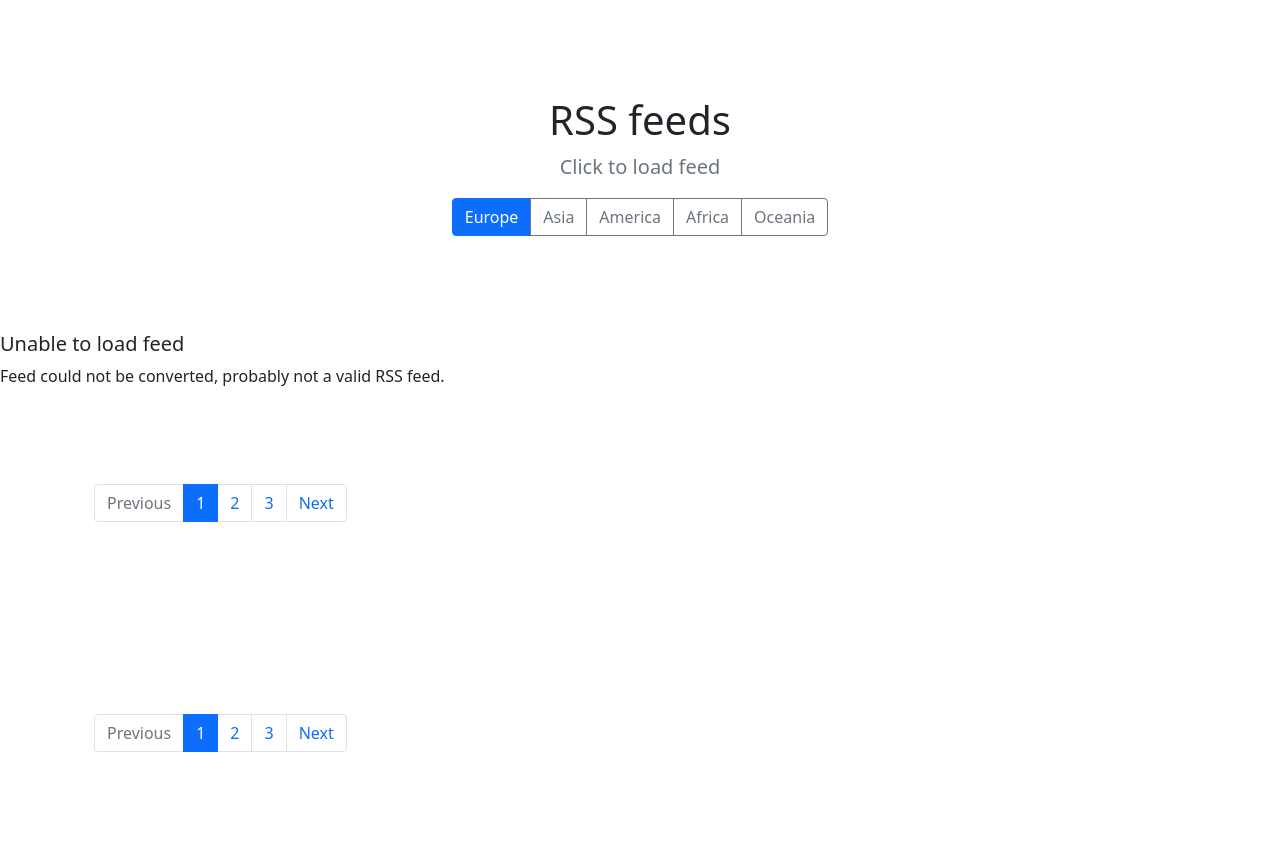
Repository: lilit1121/Templating-DOM-manipulation-and-data-processing
Page: europe.html
These files come from the project's save history. The page is drawn as it stood at one moment and after the next save; the edit follows.
The browser window is 1280 px wide. The pictures show the whole page.
The page's requests for data from a server got no answer.

Above is the page before, as saved 2023-02-09 16:03:06.

### europe.html
<!DOCTYPE html>
<html lang="en">
   <head>
    <meta charset="UTF-8" />
    <meta http-equiv="X-UA-Compatible" content="IE=edge" />
    <meta name="viewport" content="width=device-width, initial-scale=1.0" />
    <link rel="stylesheet" href="styles.css" />
    <link
      href="https://cdn.jsdelivr.net/npm/bootstrap@5.0.2/dist/css/bootstrap.min.css"
      rel="stylesheet"
      integrity="sha384-EVSTQN3/azprG1Anm3QDgpJLIm9Nao0Yz1ztcQTwFspd3yD65VohhpuuCOmLASjC"
      crossorigin="anonymous"
    />
    <script
      src="https://cdn.jsdelivr.net/npm/bootstrap@5.0.2/dist/js/bootstrap.bundle.min.js"
      integrity="sha384-MrcW6ZMFYlzcLA8Nl+NtUVF0sA7MsXsP1UyJoMp4YLEuNSfAP+JcXn/tWtIaxVXM"
      crossorigin="anonymous"
    ></script>
    <title>Templating, DOM manipulation and data processing</title>
  </head>
  <body>
    <section class="py-5 text-center container">
      <div class="row py-lg-5">
        <div class="col-lg-6 col-md-8 mx-auto">
          <h1 class="fw-light">RSS feeds</h1>
          <p class="lead text-muted">Click to load feed</p>
          <div class="btn-group">
            <a href="./europe.html#" class="btn btn-primary">Europe</a>
            <a href="./asia.html#" class="btn btn-outline-secondary">Asia</a>
            <a href="./americas.html#" class="btn btn-outline-secondary"
              >America</a
            >
            <a href="./africa.html#" class="btn btn-outline-secondary"
              >Africa</a
            >
            <a href="./oceania.html#" class="btn btn-outline-secondary"
              >Oceania</a
            >
          </div>
        </div>
      </div>
    </section>


    <!-- Loading state UI -->
    <div id="loadding" class="visually-hidden">
      <svg
      xmlns="http://www.w3.org/2000/svg"
      xmlns:xlink="http://www.w3.org/1999/xlink"
      style="margin: auto; background: #fff; display: block"
      width="200px"
      height="200px"
      viewBox="0 0 100 100"
      preserveAspectRatio="xMidYMid"
    >
      <circle
        cx="50"
        cy="50"
        r="32"
        stroke-width="8"
        stroke="#416cff"
        stroke-dasharray="50.26548245743669 50.26548245743669"
        fill="none"
        stroke-linecap="round"
      >
        <animateTransform
          attributeName="transform"
          type="rotate"
          repeatCount="indefinite"
          dur="1s"
          keyTimes="0;1"
          values="0 50 50;360 50 50"
        ></animateTransform>
      </circle>
    </svg>
  </div>

    <!-- Error state UI -->
    <div id="error" class="visually-hidden">
      <h5>Unable to load feed</h5>
      <!-- Show error message, if applicable -->
      Feed could not be converted, probably not a valid RSS feed.<br />
    </div>
    <!-- Pagination -->
    <div  id="main_container" class="container">
    <section class="py-5 text-center container">
      <div class="row py-lg-5">
        <nav>
          <ul class="pagination">
            <li class="page-item disabled">
              <a class="page-link">Previous</a>
            </li>
            <li class="page-item active">
              <a class="page-link" href="#">1</a>
            </li>
            <li class="page-item">
              <a class="page-link" href="#">2</a>
            </li>
            <li class="page-item"><a class="page-link" href="#">3</a></li>
            <li class="page-item">
              <a class="page-link" href="#">Next</a>
            </li>
          </ul>
        </nav>
      </div>
    </section>

      <!-- Feed (Show no more than 5 posts per page) -->
      <div
       id="content_section"
        class="row row-cols-1 row-cols-sm-2 row-cols-md-3 g-3"
      ></div>


    <!-- Pagination -->
    <section class="py-5 text-center container">
      <div class="row py-lg-5">
        <nav>
          <ul class="pagination">
            <li class="page-item disabled">
              <a class="page-link">Previous</a>
            </li>
            <li class="page-item active">
              <a class="page-link" href="#">1</a>
            </li>
            <li class="page-item">
              <a class="page-link" href="#">2</a>
            </li>
            <li class="page-item"><a class="page-link" href="#">3</a></li>
            <li class="page-item">
              <a class="page-link" href="#">Next</a>
            </li>
          </ul>
        </nav>
      </div>
    </div>
    </section>
    <script src="./script.js"></script>
  </body>
</html>

### styles.css

.card-text {
    display: -webkit-box;
    -webkit-box-orient: vertical;
    -webkit-line-clamp: 4;
    overflow: hidden;
  }

### script.js
const content_section = document.getElementById("content_section");
const page_item = document.querySelectorAll(".page-item");
const loadding = document.getElementById("loadding");
const error = document.getElementById("error");
let countriesData;
let sliceStart = 0;
let currentPage = 1;

page_item.forEach((el) => {
  el.addEventListener("click", (event) => {
    changePage(event);
  });
});

function changePage(e) {
  if (e.target.innerText === "Next" && sliceStart < 10) {
    sliceStart += 5;
    currentPage = (sliceStart - 5) / 5 + 2;
  } else if (e.target.innerText === "Previous" && sliceStart > 0) {
    sliceStart -= 5;
    currentPage = (sliceStart + 5) / 5;
  } else if (
    e.target.innerText === "1" ||
    e.target.innerText === "2" ||
    e.target.innerText === "3"
  ) {
    currentPage = +e.target.innerText;
    sliceStart = (+e.target.innerText - 1) * 5;
  }
  page_item.forEach((el) => {
    el.classList.remove("active");
    el.classList.remove("disabled");
    if (currentPage === +el.innerText) el.classList.add("active");
    else if (currentPage === 1 && el.innerText === "Previous")
      el.classList.add("disabled");
    else if (currentPage === 3 && el.innerText === "Next")
      el.classList.add("disabled");
  });
  showCountrys(countriesData, sliceStart);
}

function showCountrys(countriesData, sliceStart) {
  let countrys = countriesData.slice(sliceStart, sliceStart + 5);
  content_section.innerHTML = "";
  for (let i = 0; i < countrys.length; i++) {
    content_section.innerHTML += `<div id="content_section" class="col">
    <div class="card shadow-sm">
      <img src=${countrys[i].flags.png} />
      <div class="card-body">
        <h4>
          Country: ${countrys[i].name.official}
        </h4>
        <h5>
          Country: ${countrys[i].capital ? countrys[i].capital[0] : undefined}
        </h5>
        <p class="card-text">
          <small
            >Population: ${countrys[i].population}</small
          >
        </p>
        <p><a href="#">Read more &rarr;</a></p>
        <div class="d-flex justify-content-between align-items-center">
          <!-- Format date appropriately as per browser/device region format -->
          <small class="text-muted">Dec 10, 2021</small>
        </div>
      </div>
    </div>
    </div>  `;
  }
}

(async function getCountriesDataByRegion() {
  loadding.style.display = "contents";
  await fetch(
    `https://restcountries.com/v3.1/region/${
      window.location.pathname.slice(1).split(".")[0]
    }`
  )
    .then((res) => res.json())
    .then((data) => {
      countriesData = data.slice(0, 15);
      showCountrys(countriesData, sliceStart);
    })
    .catch(() => (error.style.display = "contents"));

  loadding.style.display = "none";
})();

After the next save:
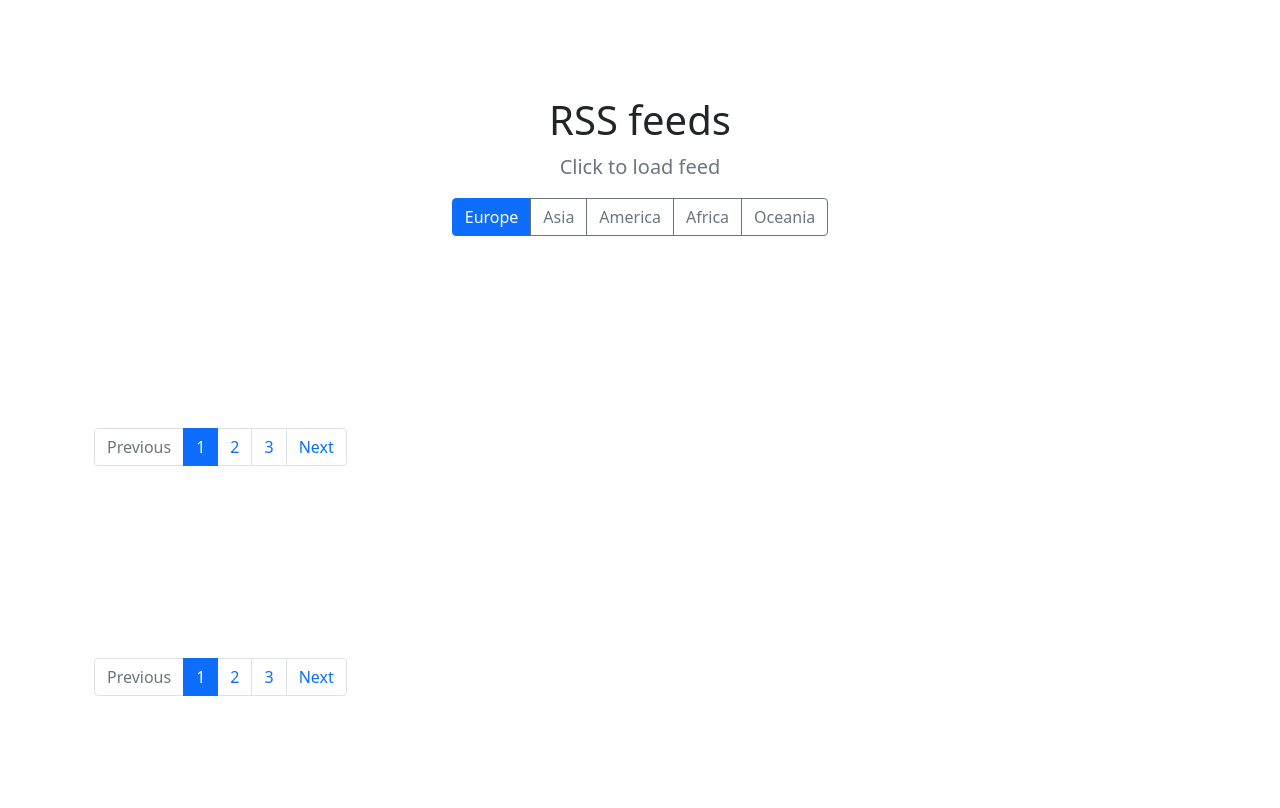
Console error: SyntaxError: Identifier 'content_section' has already been declared
Saved 8 s later.
--- a/script.js
+++ b/script.js
@@ -1,3 +1,4 @@
+const content_section = document.getElementById("content_section");
 const content_section = document.getElementById("content_section");
 const page_item = document.querySelectorAll(".page-item");
 const loadding = document.getElementById("loadding");

After the 2 saves that followed:
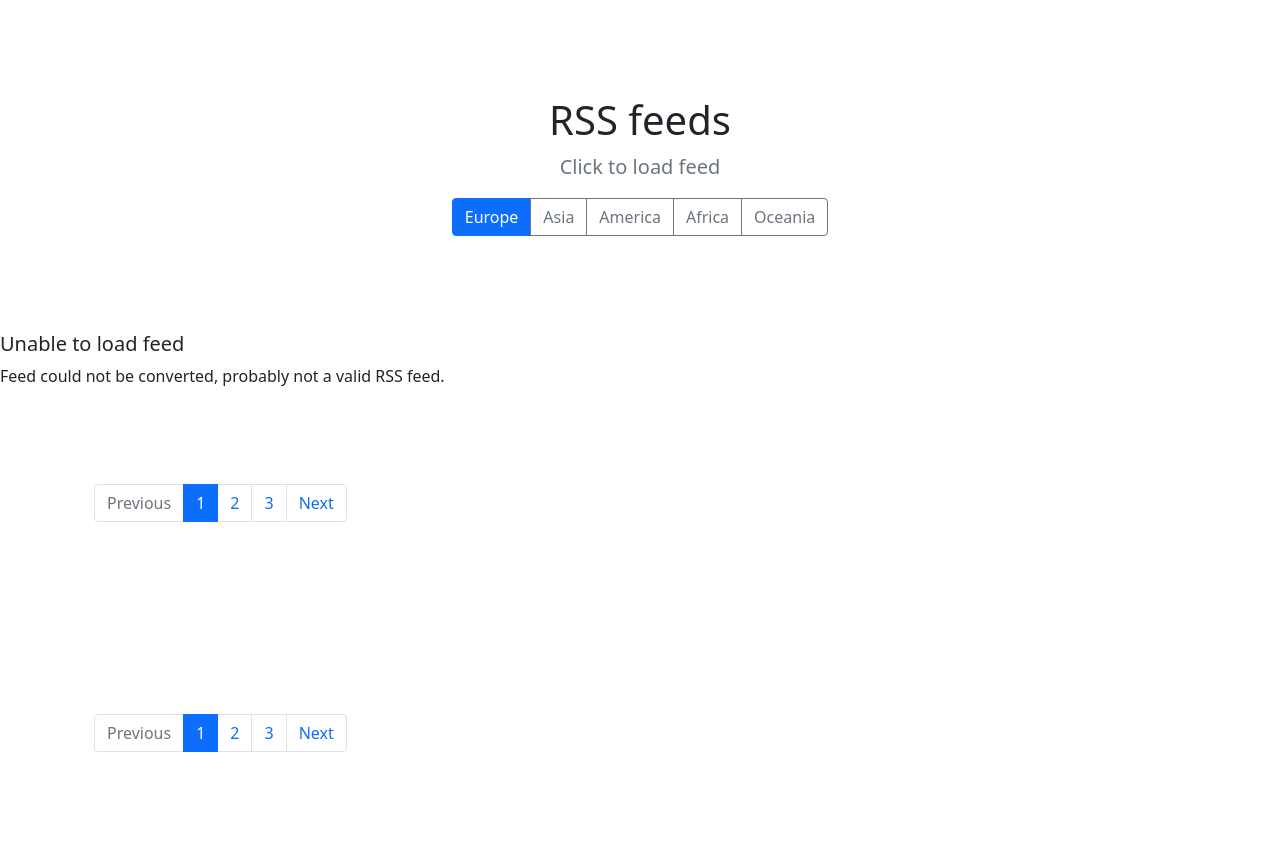
The error is gone.
The 2 saves are shown as one change because they came seconds apart.
The last was saved 9 s later.
--- a/script.js
+++ b/script.js
@@ -1,4 +1,4 @@
-const content_section = document.getElementById("content_section");
+const main_container = document.getElementById("main_container");
 const content_section = document.getElementById("content_section");
 const page_item = document.querySelectorAll(".page-item");
 const loadding = document.getElementById("loadding");
